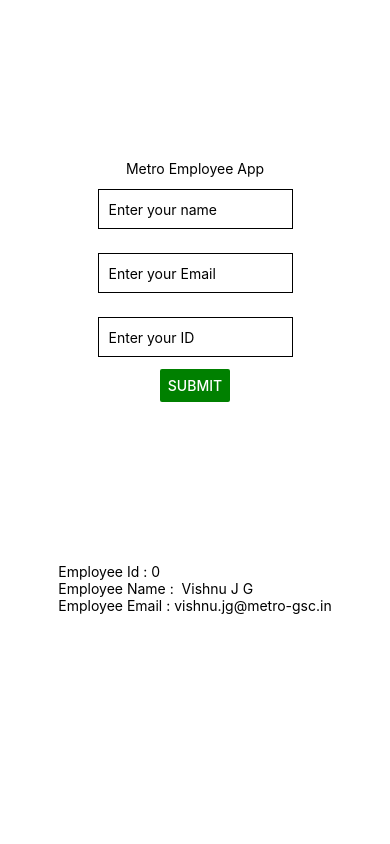
Repository: VishnuJG/Metro-Employee-App
Screen: /
The author's editor kept a copy of each file at every save. The screen is drawn from the files as they stood at one save, then again after the next save.
The app was drawn by React Native's web renderer in a window 390 px wide. The project was rebuilt for these pictures with package versions that can differ from the ones it lists, and the page was loaded fresh each time.

Above is the screen before, as saved 2022-06-28 14:28:20.

### App.js
import { StatusBar } from 'expo-status-bar';
import React, { useState } from "react";
import { StyleSheet, Text, View, TextInput, Button, Alert} from 'react-native';
import { useDimensions } from '@react-native-community/hooks';
import Task from './components/Task';


export default function App() {

  // const {landscape}=useDimensions();
  const [emp, onEmpUpdate] = useState([{ id: 0, name: " Vishnu J G", email:"vishnu.jg@metro-gsc.in" }]);
  const [name, onChangeName] = useState("");
  const [email, onChangeEmail] = useState("");
  const [id, onChangeid] = useState(null);
  const onSubmit=(e)=>{
    e.preventDefault();
    if(!name){
      Alert.alert('Invalid Name', 'Invalid Name field',[{text: 'Okay', onPress:()=>{console.log("Okay Pressed")}},{text: 'No', onPress:()=>{console.log("No Pressed")}}])
    }
    if(!email){
      Alert.alert('Invalid Email', 'Invalid Email field',[{text: 'Okay', onPress:()=>{console.log("Okay Pressed")}},{text: 'No', onPress:()=>{console.log("No Pressed")}}])
    }
    if(!/\S+@\S+\.\S+/.test(email)){
      Alert.alert('Invalid Email', 'Invalid Email field',[{text: 'Okay', onPress:()=>{console.log("Okay Pressed")}},{text: 'No', onPress:()=>{console.log("No Pressed")}}])
    }
    if(!id){
      Alert.alert('Invalid Id', 'Invalid ID field',[{text: 'Okay', onPress:()=>{console.log("Okay Pressed")}},{text: 'No', onPress:()=>{console.log("No Pressed")}}])
    }
    console.log(name);
    console.log(email);
    console.log(id);
    const newEmp={id, name, email};
    onChangeName('');
    onChangeEmail('');
    onChangeid(null);
    onEmpUpdate([...emp, newEmp]);
  }
  return (
    <View style={styles.container} >
        <View style={styles.container}>
        <Text>Metro Employee App</Text>

        <TextInput
          style={styles.input}
          onChangeText={onChangeName}
          placeholder="Enter your name"
          value={name}
        />
        <TextInput
          style={styles.input}
          onChangeText={onChangeEmail}
          value={email}
          placeholder="Enter your Email"
          // keyboardType="numeric"
        />

        <TextInput
          style={styles.input}
          onChangeText={onChangeid}
          value={id}
          placeholder="Enter your ID"
          keyboardType="numeric"
        />
        <Button title="Submit"
          color="green"
          onPress={onSubmit}
          /></View>
        <View style={{flex:0.5, flexDirection: 'row'}}>
        {emp.map((newid)=>(<Task key={newid.id} ename={newid.name} eid={newid.id} eemail={newid.email}/>))}
        </View>
    </View>
  );
}

const styles = StyleSheet.create({
  container: {
    flex: 1,
    flexDirection: 'column',
    backgroundColor: '#fff',
    alignItems: 'center',
    justifyContent: 'center',
    fontSize: 20,
    // paddingTop:20,
    width:'100%',
  },
  input: {
    height: 40,
    margin: 12,
    borderWidth: 1,
    width:'50%',
    padding: 10,
  },

});

### components/Task.js
import { StatusBar } from 'expo-status-bar';
import React, { useState } from "react";
import { StyleSheet, Text, View, TextInput, Button, Alert} from 'react-native';
import { useDimensions } from '@react-native-community/hooks';


export default function Task(props) {
  console.log("Hello");
  return (
    <View style={styles.employee}>
      <Text>Employee Id : {props.eid}</Text>
      <Text>Employee Name : {props.ename}</Text>
      <Text>Employee Email : {props.eemail}</Text>

    </View>


  );
}

const styles = StyleSheet.create({
  employee:{
    width:'100%',
    flex:1,
    flexDirection:'column',
    justifyContent: 'flex-start',
  }
});

After the next save:
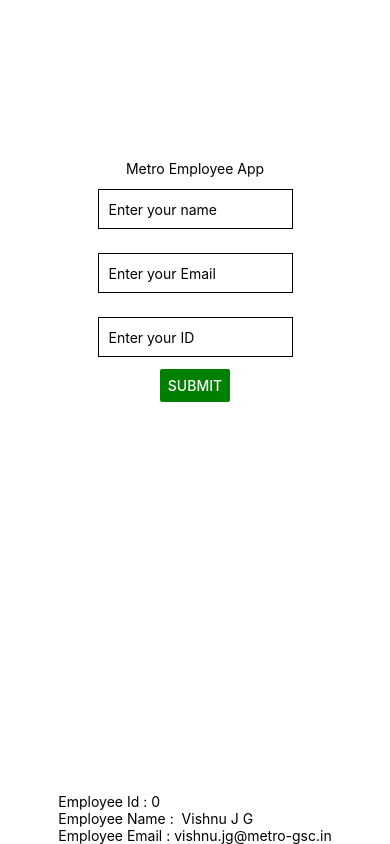
Saved 5 s later.
--- a/components/Task.js
+++ b/components/Task.js
@@ -23,6 +23,6 @@
     width:'100%',
     flex:1,
     flexDirection:'column',
-    justifyContent: 'flex-start',
+    justifyContent: 'flex-end',
   }
 });

After the save that followed:
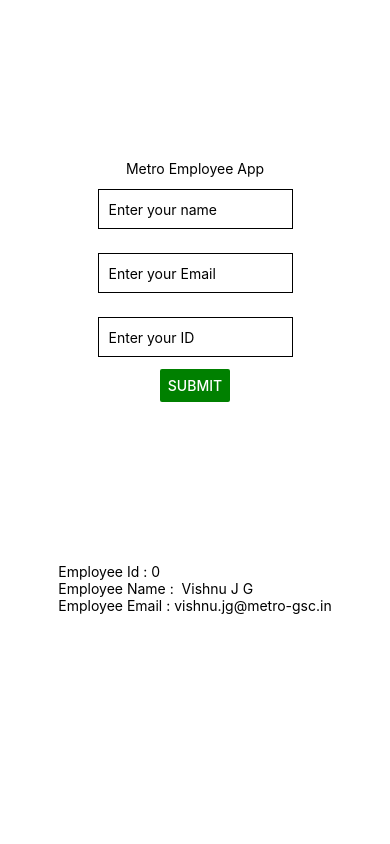
Saved 4 s later.
--- a/components/Task.js
+++ b/components/Task.js
@@ -23,6 +23,6 @@
     width:'100%',
     flex:1,
     flexDirection:'column',
-    justifyContent: 'flex-end',
+    justifyContent: 'flex-start',
   }
 });
